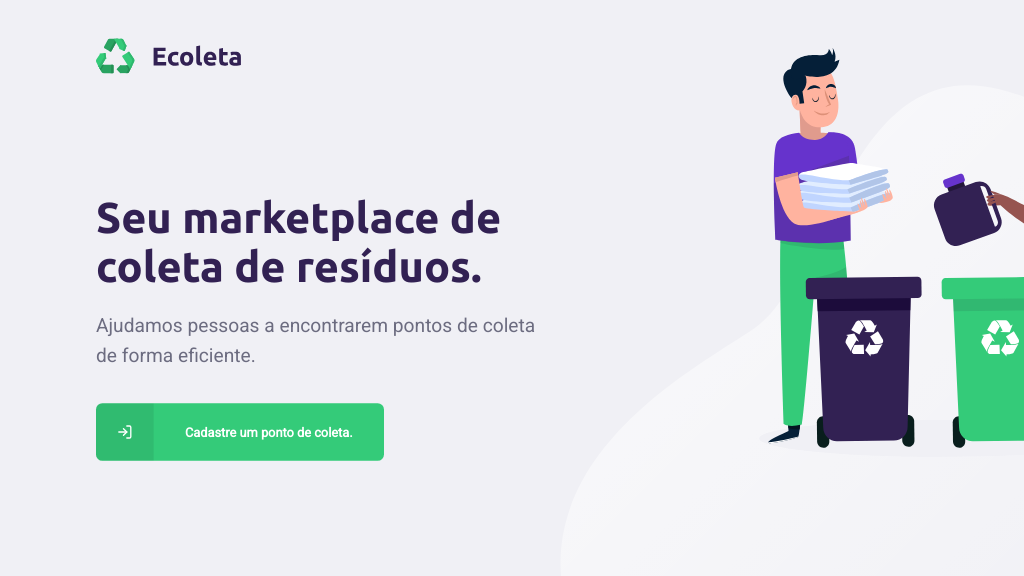
Repository: DavidSamerson/NLW_treinamento_2020
Page: /CreatePoint (app in webapp/)
The author's editor kept a copy of each file at every save. The page is drawn from the files as they stood at one save, then again after the next save.
The browser window is 1280 px wide. The pictures show the whole page, at 80% of full size.
The project was rebuilt for these pictures with package versions that can differ from the ones it lists, and the page was loaded fresh each time.

Above is the page before, as saved 2020-06-16 14:56:59.

### webapp/public/index.html
<!DOCTYPE html>
<html lang="en">
  <head>
    <meta charset="utf-8" />
    <link rel="icon" href="%PUBLIC_URL%/favicon.ico" />
    <meta name="viewport" content="width=device-width, initial-scale=1" />
    <meta name="theme-color" content="#34CB79" />
    <link href="https://fonts.googleapis.com/css2?family=Roboto&family=Ubuntu:wght@700&display=swap" rel="stylesheet">
    <meta
      name="description"
      content="Web site created using create-react-app"
    />
    <link rel="apple-touch-icon" href="%PUBLIC_URL%/logo192.png" />
    <!--
      manifest.json provides metadata used when your web app is installed on a
      user's mobile device or desktop. See https://developers.google.com/web/fundamentals/web-app-manifest/
    -->
    <link rel="manifest" href="%PUBLIC_URL%/manifest.json" />
    <!--
      Notice the use of %PUBLIC_URL% in the tags above.
      It will be replaced with the URL of the `public` folder during the build.
      Only files inside the `public` folder can be referenced from the HTML.

      Unlike "/favicon.ico" or "favicon.ico", "%PUBLIC_URL%/favicon.ico" will
      work correctly both with client-side routing and a non-root public URL.
      Learn how to configure a non-root public URL by running `npm run build`.
    -->
    <title>React App</title>
  </head>
  <body>
    <noscript>You need to enable JavaScript to run this app.</noscript>
    <div id="root"></div>
    <!--
      This HTML file is a template.
      If you open it directly in the browser, you will see an empty page.

      You can add webfonts, meta tags, or analytics to this file.
      The build step will place the bundled scripts into the <body> tag.

      To begin the development, run `npm start` or `yarn start`.
      To create a production bundle, use `npm run build` or `yarn build`.
    -->
  </body>
</html>

### webapp/src/App.tsx
import React from 'react';
import './App.css';

import Home from './pages/Home';
import CreatePoint from './pages/CreatePoint';

import Routes from './routes';

//JSX -> sintaxe de xml dentro do javascript


function App() {

  return (
    <div>
        <Routes />
    </div>
  );
}

export default App;

//import React, {useState} from 'react';
//import Header from './header';


/*const [counter, setCounter] = useState(0); //[valor do estado / função para atualizar o valor do estado]
//Estado e Imutabilidade

function handleButton(){
    setCounter(counter + 1);
} */

// <Header title={`ECOLETA ${counter}`}/> -----> Passando variaveis via HTML

/*<Header title="ECOLETA 1"/>
        <Header title="ECOLETA 2"/>
        <Header title="ECOLETA 3"/>
        <Header title={`ECOLETA ${counter}`}/>

        <h1>{counter}</h1>
        <button type="button" onClick={handleButton}>Aumentar</button> */

### webapp/src/routes.tsx
import React from 'react';
import { Route, BrowserRouter } from 'react-router-dom';

import Home from './pages/Home';
import CreatePoint from './pages/CreatePoint';

const Routes = () => {
    return (
        <BrowserRouter>
            <Route component={Home} path="/"/>
        </BrowserRouter>
    );
}
export default Routes;

### webapp/src/pages/Home/index.tsx
import React from 'react';
import { FiLogIn } from 'react-icons/fi';
import logo from '../../assets/logo.svg';
import './styles.css';

const Home = () => {
    return (
    <div id="page-home">
        <div className="content">
            <header>
                <img src={logo} alt="Ecoleta"/>
            </header>

            <main>
                <h1>Seu marketplace de coleta de resíduos.</h1>
                <p>Ajudamos pessoas a encontrarem pontos de coleta de forma eficiente.</p>

                <a href="/cadastro">
                <span>
                    <FiLogIn />
                </span>
                <strong>
                    Cadastre um ponto de coleta.
                </strong>
                </a>
            </main>
        </div>
    </div>
    );
}

export default Home;

### webapp/src/pages/Home/styles.css
#page-home {
  height: 100vh;

  background: url('../../assets/home-background.svg') no-repeat 700px bottom;
}

#page-home .content {
  width: 100%;
  height: 100%;
  max-width: 1100px;
  margin: 0 auto;
  padding: 0 30px;

  display: flex;
  flex-direction: column;
  align-items: flex-start;
}

#page-home .content header {
  margin: 48px 0 0;
}

#page-home .content main {
  flex: 1;
  max-width: 560px;

  display: flex;
  flex-direction: column;
  justify-content: center;
}

#page-home .content main h1 {
  font-size: 54px;
  color: var(--title-color);
}

#page-home .content main p {
  font-size: 24px;
  margin-top: 24px;
  line-height: 38px;
}

#page-home .content main a {
  width: 100%;
  max-width: 360px;
  height: 72px;
  background: var(--primary-color);
  border-radius: 8px;
  text-decoration: none;

  display: flex;
  align-items: center;
  overflow: hidden;

  margin-top: 40px;
}

#page-home .content main a span {
  display: block;
  background: rgba(0, 0, 0, 0.08);
  width: 72px;
  height: 72px;

  display: flex;
  align-items: center;
  justify-content: center;
  transition: background-color 0.2s;
}

#page-home .content main a span svg {
  color: #FFF;
  width: 20px;
  height: 20px;
}

#page-home .content main a strong {
  flex: 1;
  text-align: center;
  color: #FFF;
}

#page-home .content main a:hover {
  background: #2FB86E;
}

@media(max-width: 900px) {
  #page-home .content {
    align-items: center;
    text-align: center;
  }

  #page-home .content header {
    margin: 48px auto 0;
  }

  #page-home .content main {
    align-items: center;
  }

  #page-home .content main h1 {
    font-size: 42px;
  }

  #page-home .content main p {
    font-size: 24px;
  }
}

Loaded but not shown: webapp/src/index.tsx (common file); webapp/src/App.css (common file)

After the next save:
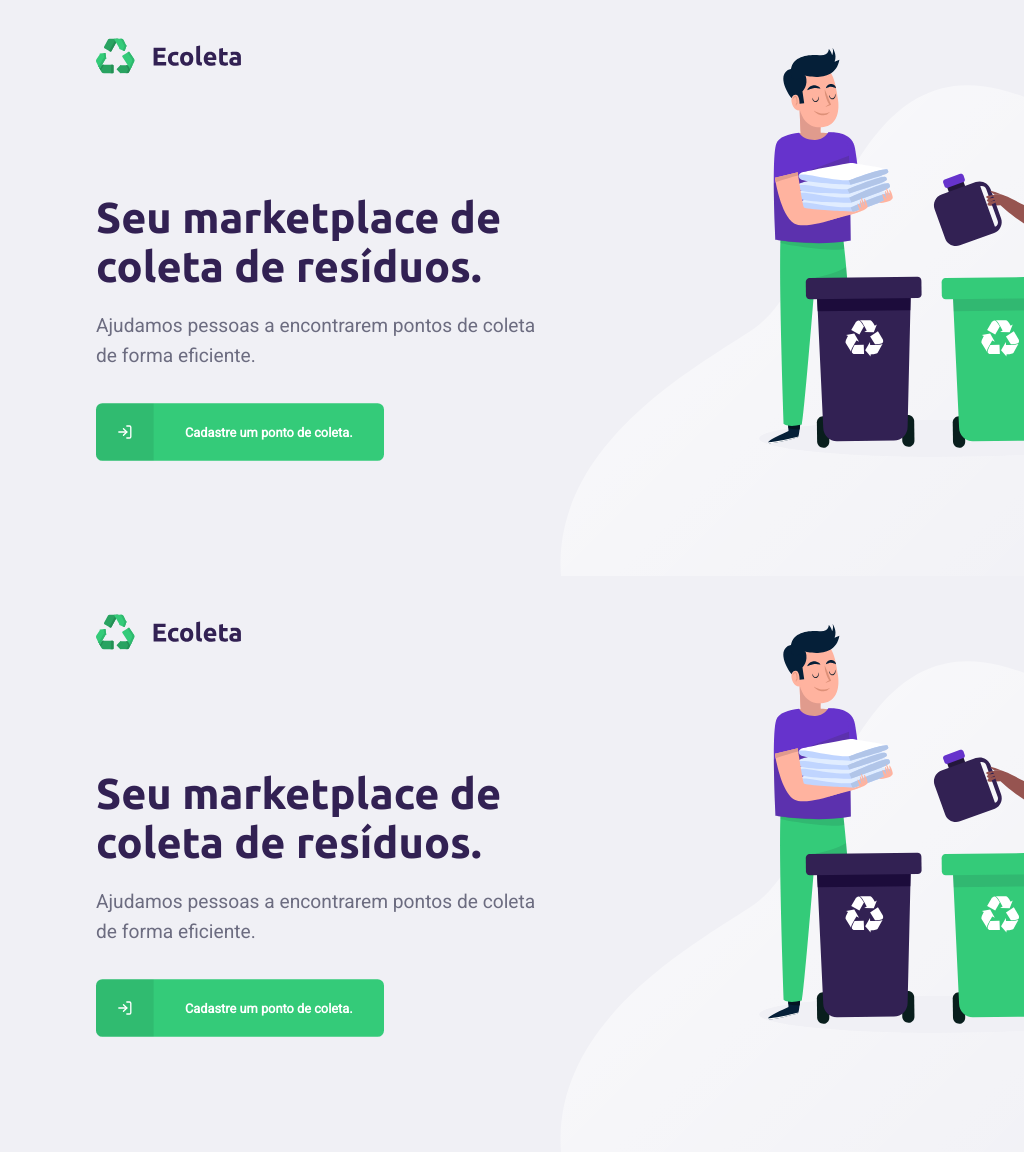
Saved 48 s later.
--- a/webapp/src/routes.tsx
+++ b/webapp/src/routes.tsx
@@ -8,6 +8,7 @@ const Routes = () => {
     return (
         <BrowserRouter>
             <Route component={Home} path="/"/>
+            <Route component={Home} path="/CreatePoint"/>
         </BrowserRouter>
     );
 }
